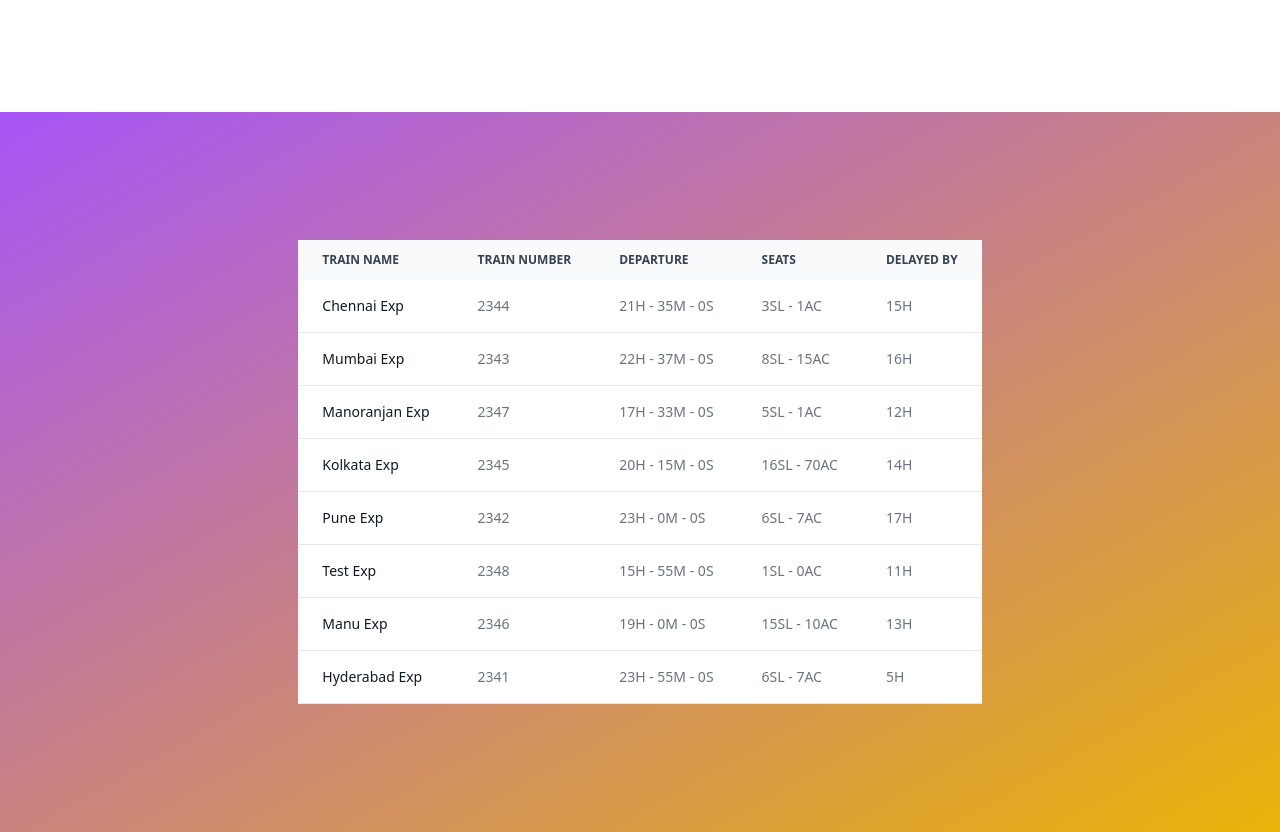
Repository: theanmol-raj/2010080029
Page: /
The author's editor kept a copy of each file at every save. The page is drawn from the files as they stood at one save, then again after the next save.
The browser window is 1280 px wide. The pictures show the whole page.
The page's requests for data from a server got no answer. The project was rebuilt for these pictures with package versions that can differ from the ones it lists, and the page was loaded fresh each time. No one was signed in, and anything a server would have sent is missing. Also part of the build but not shown: src/components/IndividualTrainINfo.jsx.

Above is the page before, as saved 2023-04-29 21:16:57.

After the next save:
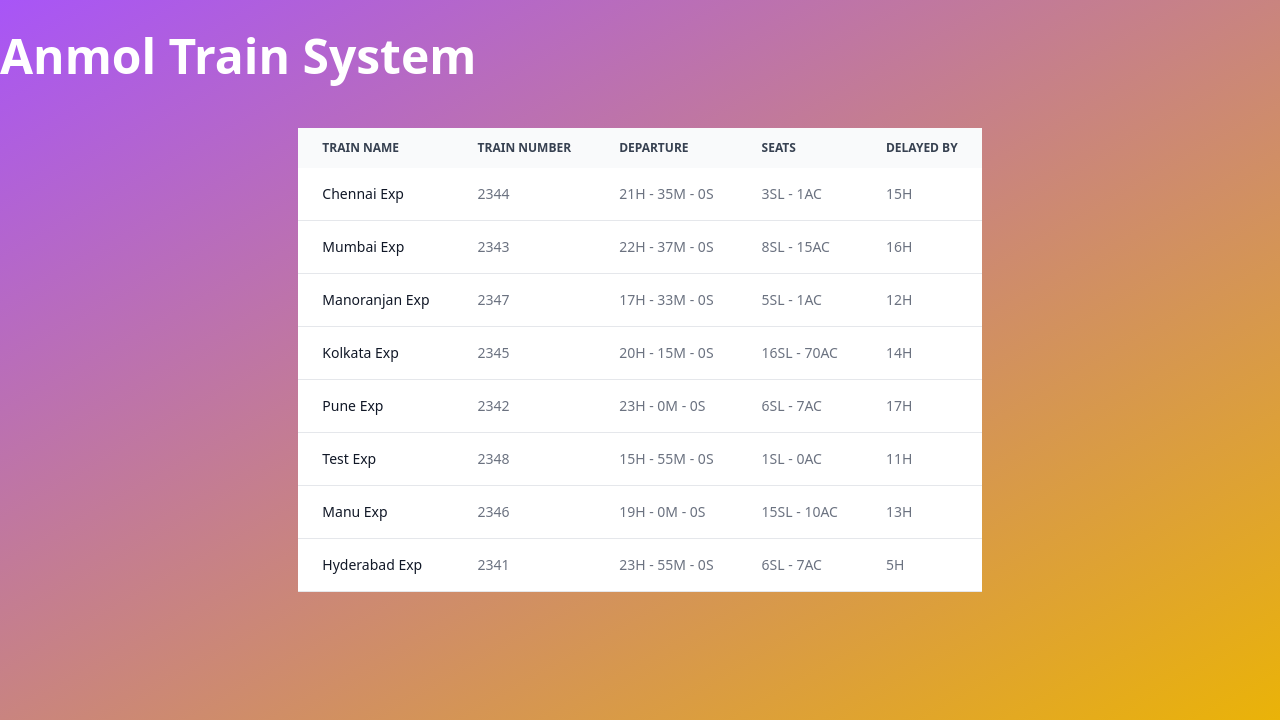
Saved 5 s later.
--- a/src/App.js
+++ b/src/App.js
@@ -91,7 +91,7 @@
 
   return (
     <div className="">
-    <h1 className=" text-center text-5xl py-8 font-extrabold text-white bg-transparent">Anmol Train System</h1>
+    <h1 className=" text-center text-5xl py-8 font-extrabold text-white bg-transparent absolute">Anmol Train System</h1>
       <Routes>
         <Route path="/" element={<TrainINfo setter={setter} data={data} />} />
         <Route path="/:id" element = {<IndividualTrainINfo data ={data}/>}/>
